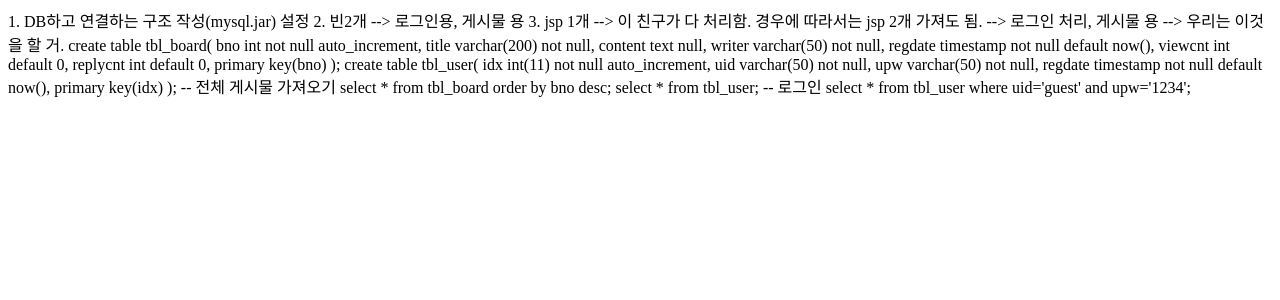
Repository: yejin-yun/server_script_game
Page: http://localhost/model1/
An editor plug-in stored every save of this project. The page is shown before and after the next save, followed by the edit.
The browser window is 1280 px wide. The pictures show the whole page.
The page is served by Tomcat 9.

Above is the page before, as saved 2020-02-13 16:16:00.

After the next save:
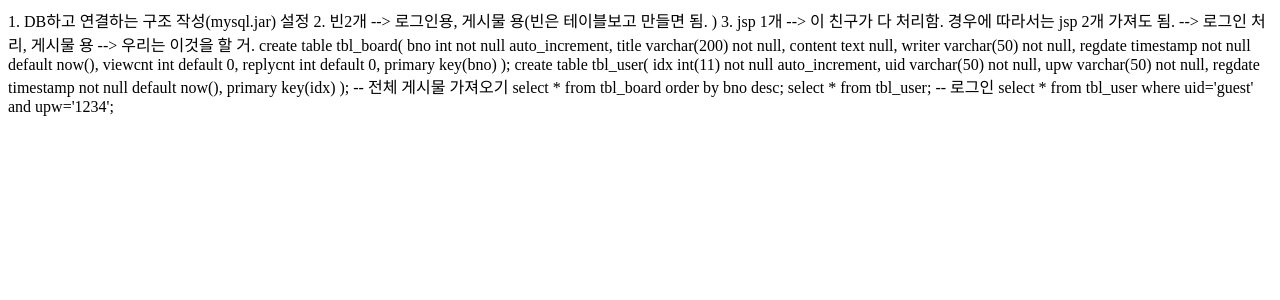
Saved 16 s later.
--- a/Servlet_JSP/model1/WebContent/index.jsp
+++ b/Servlet_JSP/model1/WebContent/index.jsp
@@ -2,7 +2,7 @@
     pageEncoding="UTF-8"%>
 <!-- 해야할 것 -->
 1. DB하고 연결하는 구조 작성(mysql.jar) 설정
-2. 빈2개 --> 로그인용, 게시물 용
+2. 빈2개 --> 로그인용, 게시물 용(빈은 테이블보고 만들면 됨. )
 3. jsp 1개 --> 이 친구가 다 처리함.
 경우에 따라서는 jsp 2개 가져도 됨. --> 로그인 처리, 게시물 용 --> 우리는 이것을 할 거.
 
